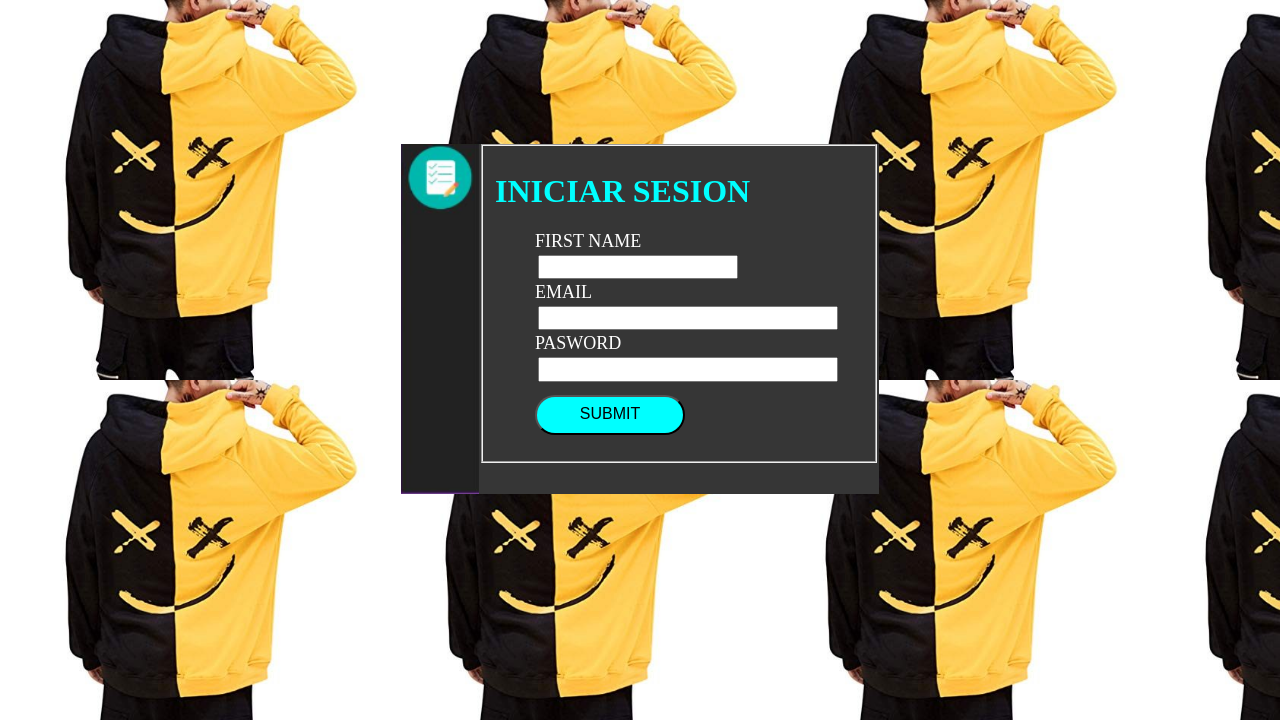
Repository: danilugones10/Proyecto
Page: formulario.html
The author's editor kept a copy of each file at every save. The page is drawn from the files as they stood at one save, then again after the next save.
The browser window is 1280 px wide. The pictures show the whole page.

Above is the page before, as saved 2021-03-05 11:26:35.
Console error: TypeError: Cannot read properties of null (reading 'appendChild')

After the next save:
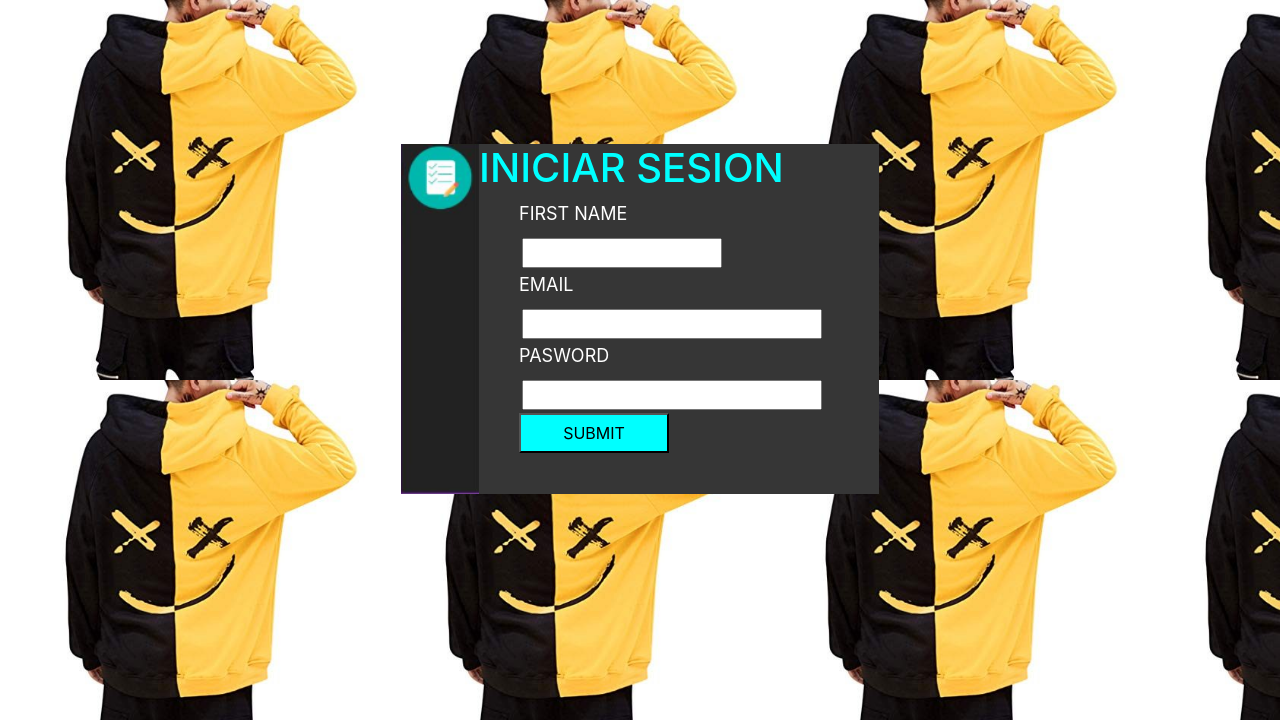
Saved 29 s later.
--- a/formulario.html
+++ b/formulario.html
@@ -6,6 +6,7 @@
     <title>Document</title>
     <link rel="stylesheet" href="css/normalize.css">
     <link rel="stylesheet" href="css/style_form.css">
+    <link rel="stylesheet" href="https://cdn.jsdelivr.net/npm/bootstrap@4.6.0/dist/css/bootstrap.min.css" integrity="sha384-B0vP5xmATw1+K9KRQjQERJvTumQW0nPEzvF6L/Z6nronJ3oUOFUFpCjEUQouq2+l" crossorigin="anonymous">
 
 </head>
 <body>

After the 2 saves that followed:
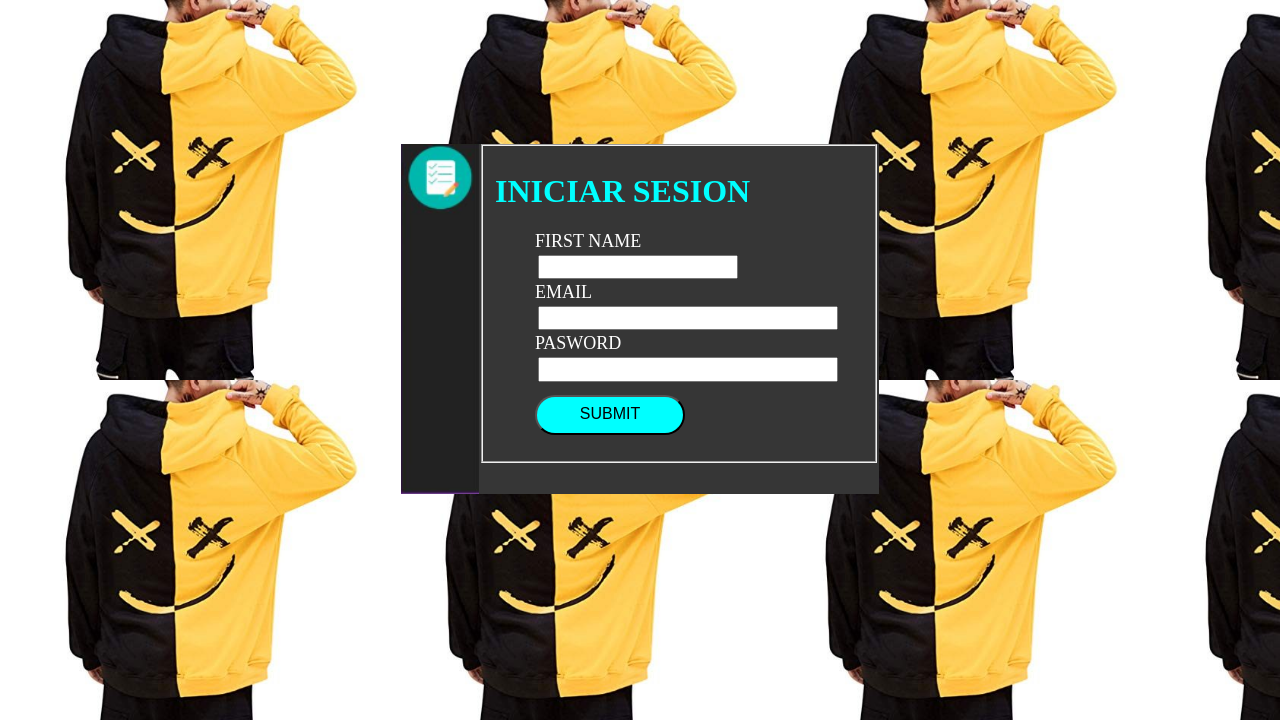
The 2 saves are shown as one change because 1 left the picture as it was.
The last was saved 48 s later.
--- a/formulario.html
+++ b/formulario.html
@@ -6,8 +6,6 @@
     <title>Document</title>
     <link rel="stylesheet" href="css/normalize.css">
     <link rel="stylesheet" href="css/style_form.css">
-    <link rel="stylesheet" href="https://cdn.jsdelivr.net/npm/bootstrap@4.6.0/dist/css/bootstrap.min.css" integrity="sha384-B0vP5xmATw1+K9KRQjQERJvTumQW0nPEzvF6L/Z6nronJ3oUOFUFpCjEUQouq2+l" crossorigin="anonymous">
-
 </head>
 <body>
     <div class="container">
